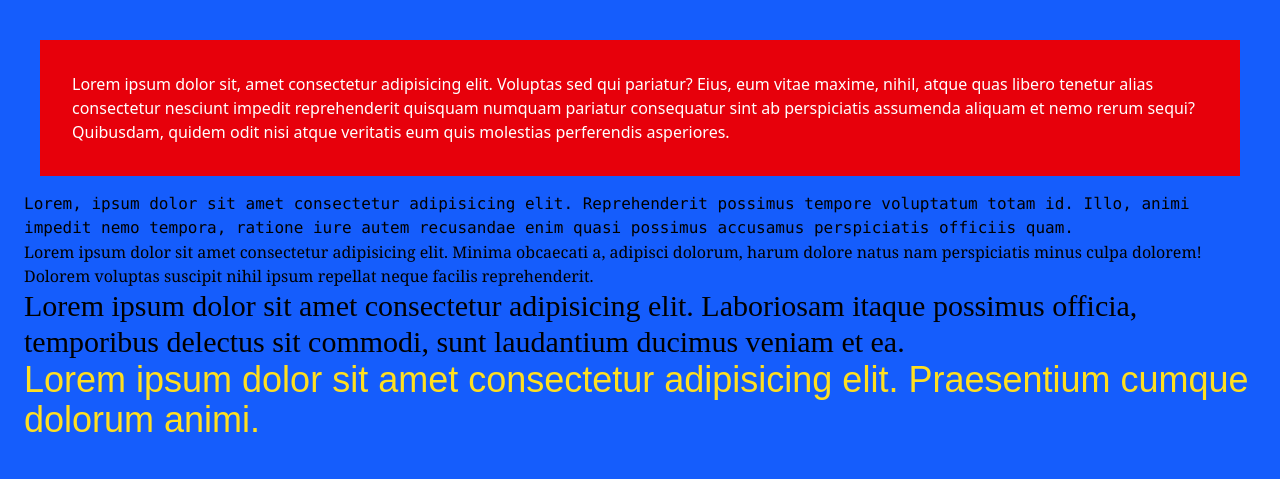
Repository: DinTri/TailwindCss
Page: index.html
An editor plug-in stored every save of this project. The page is shown before and after the next save, followed by the edit.
The browser window is 1280 px wide. The pictures show the whole page.
Some web fonts or font styles are not loaded; a fallback is used.

Above is the page before, as saved 2025-06-08 00:22:44.

### index.html
<!DOCTYPE html>
<html lang="en">
  <head>
    <meta charset="UTF-8">
    <meta name="viewport" content="width=device-width, initial-scale=1">
    <title>Play with Tailwind</title>
    <link rel="preconnect" href="https://fonts.googleapis.com">
<link rel="preconnect" href="https://fonts.gstatic.com" crossorigin>
<link href="https://fonts.googleapis.com/css2?family=Edu+VIC+WA+NT+Hand+Pre:wght@400..700&display=swap" rel="stylesheet">
    <link rel="stylesheet" href="style.css">
    </head>
  <body class="bg-blue-600 space-y-4">
    <div class="m-2 p-4">
    <p class="text=2xl text-white font-sans m-4 p-4 lg:p-8 lg:bg-red-600">Lorem ipsum dolor sit, amet consectetur adipisicing elit. Voluptas sed qui pariatur? Eius, eum vitae maxime, nihil, atque quas libero tenetur alias consectetur nesciunt impedit reprehenderit quisquam numquam pariatur consequatur sint ab perspiciatis assumenda aliquam et nemo rerum sequi? Quibusdam, quidem odit nisi atque veritatis eum quis molestias perferendis asperiores.</p>
    <p class="font-mono">Lorem, ipsum dolor sit amet consectetur adipisicing elit. Reprehenderit possimus tempore voluptatum totam id. Illo, animi impedit nemo tempora, ratione iure autem recusandae enim quasi possimus accusamus perspiciatis officiis quam.</p>
    <p class="font-serif">Lorem ipsum dolor sit amet consectetur adipisicing elit. Minima obcaecati a, adipisci dolorum, harum dolore natus nam perspiciatis minus culpa dolorem! Dolorem voluptas suscipit nihil ipsum repellat neque facilis reprehenderit.</p>
    <p class="text-3xl font-edu">Lorem ipsum dolor sit amet consectetur adipisicing elit. Laboriosam itaque possimus officia, temporibus delectus sit commodi, sunt laudantium ducimus veniam et ea.</p>
    <p class="text-4xl font-primary md:text-yellow-300 lg:text-shadow-red-600">Lorem ipsum dolor sit amet consectetur adipisicing elit. Praesentium cumque dolorum animi.</p>
  </div>
  </body>
</html>

Loaded but not shown: style.css (2230 lines, source omitted)

After the next save:
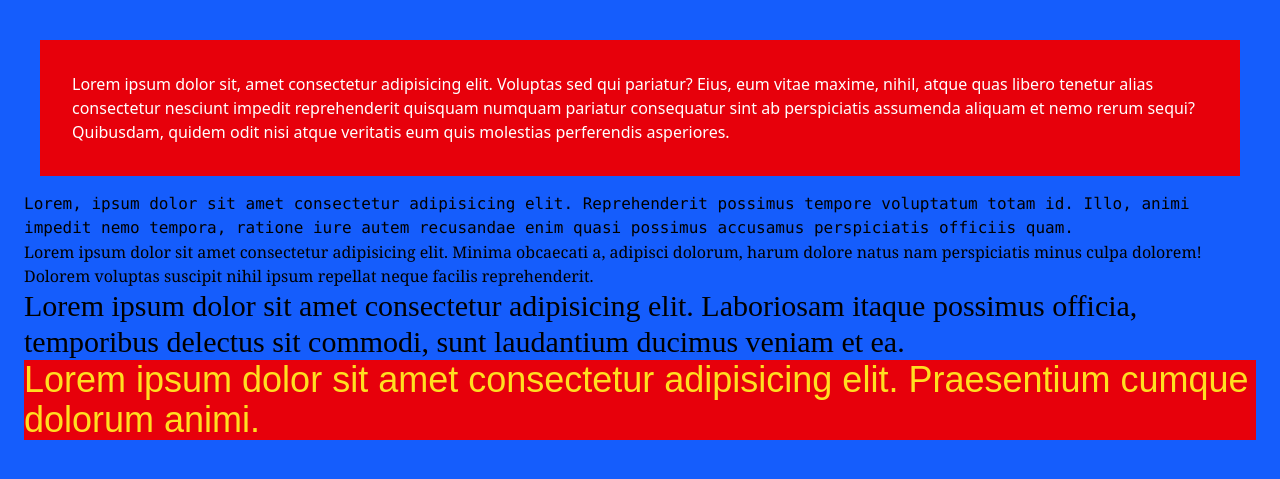
Saved 82 s later.
--- a/index.html
+++ b/index.html
@@ -15,7 +15,7 @@
     <p class="font-mono">Lorem, ipsum dolor sit amet consectetur adipisicing elit. Reprehenderit possimus tempore voluptatum totam id. Illo, animi impedit nemo tempora, ratione iure autem recusandae enim quasi possimus accusamus perspiciatis officiis quam.</p>
     <p class="font-serif">Lorem ipsum dolor sit amet consectetur adipisicing elit. Minima obcaecati a, adipisci dolorum, harum dolore natus nam perspiciatis minus culpa dolorem! Dolorem voluptas suscipit nihil ipsum repellat neque facilis reprehenderit.</p>
     <p class="text-3xl font-edu">Lorem ipsum dolor sit amet consectetur adipisicing elit. Laboriosam itaque possimus officia, temporibus delectus sit commodi, sunt laudantium ducimus veniam et ea.</p>
-    <p class="text-4xl font-primary md:text-yellow-300 lg:text-shadow-red-600">Lorem ipsum dolor sit amet consectetur adipisicing elit. Praesentium cumque dolorum animi.</p>
+    <p class="text-4xl font-primary md:text-yellow-300 lg:bg-red-600">Lorem ipsum dolor sit amet consectetur adipisicing elit. Praesentium cumque dolorum animi.</p>
   </div>
   </body>
 </html>
